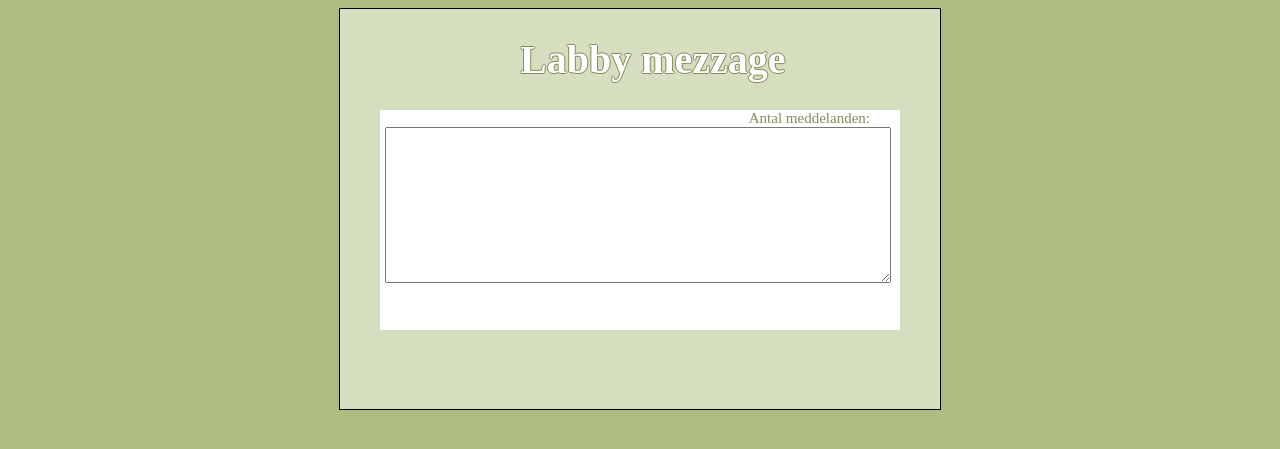
Repository: JuliaSivartsson/1dv403-jsigc09-laborationer
Page: 2-labbymezzage/index.html
The author's editor kept a record of every edit. The page is drawn from the files as they stood at one moment, then again after the next edit.
The browser window is 1280 px wide. The pictures show the whole page.

Above is the page before.
Console error: TypeError: Cannot read properties of undefined (reading 'getText')

### 2-labbymezzage/index.html
<!DOCTYPE html>
<html lang="sv">
<head>
	<meta charset="UTF-8" />
    <link rel="stylesheet" type="text/css" href="css/style.css">
 	<title>Labby message</title>
 	<style>
 		.error {
 			background-color: #F7A1A1;
 		}
 	</style>
</head>
    <body>
        <div id="content">
            <h1>Labby mezzage</h1>

            <div id="text">
                <p class="right">Antal meddelanden:</p>
                <textarea></textarea>
            </div>
            <div id="messages">


            </div>
        </div>

    	  <script src="js/MessageBoard.js"></script>
    	  <script src="js/Message.js"></script>

    </body>
</html>

### 2-labbymezzage/css/style.css
body{
    background-color: #AEBC80;
       font-family: serif;
       color: #8A8A5C;
}

h1{
   color: #fff;
   margin-left: 180px;
   font-size: 40px;
    text-shadow: -1px 0 #8A8A5C, 0 1px #8A8A5C, 1px 0 #8A8A5C, 0 -1px #8A8A5C;
}

#content{
    width: 600px;
    height: 400px;
    margin: 0 auto;
    border: 1px solid #000;
    background-color: #D6DEC0;

}

#text{
    width: 520px;
    height: 220px;
    background-color: #fff;
    margin: 10px 20px 0 40px;
}

#text p{
    font-size: 15px;
    margin: 0 30px;
}

textarea{
    margin: 0 5px 5px;
    width: 500px;
    height: 150px;
}

footer{
    width: 500px;
    height: 30px;
    margin: 0 auto;
}

footer p{
    font-size: 12px;
    font-style: italic;
    text-align: center;
}

.right{
    float: right;
    margin-right: 10px;
}

### 2-labbymezzage/js/MessageBoard.js
"use strict";

var MessageBoard = {

    messages: ["kiwi"],

        init: function(){

        var mess = new Message("Testmeddelande", new Date());
        //alert(mess);
        //alert(mess.getText());
        mess.setText("En annan text");
        //alert(mess);

        //var mess1 = new Message();
        alert(messages[0].getText() + "hej");
    },

};


window.onload = MessageBoard.init;

### 2-labbymezzage/js/Message.js
function Message(message, date){

    this.getText = function(){
        return message;
    }

    this.setText = function(_text){
        message = _text;
    }

    this.getDate = function(){
        return date;
    }

    this.setDate = function(_date){
        date = _date;
    }

}

Message.prototype.toString = function(){
    return this.getText() + " ("+this.getDate()+")";
}

Message.prototype.getHTMLText = function(){

}

Message.prototype.getDateText = function(){

}

After the next edit:
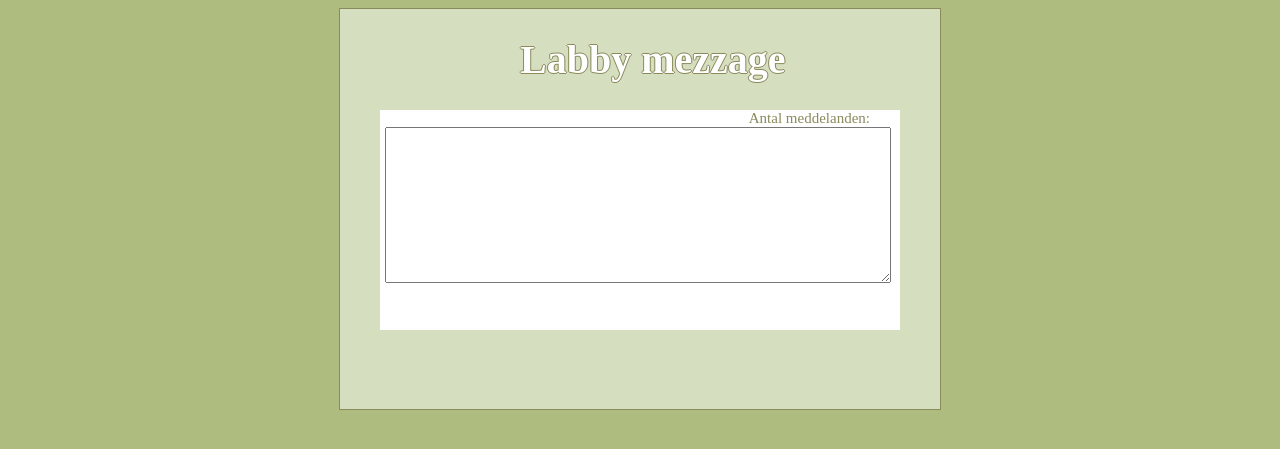
The edit:
--- a/2-labbymezzage/css/style.css
+++ b/2-labbymezzage/css/style.css
@@ -15,7 +15,7 @@
     width: 600px;
     height: 400px;
     margin: 0 auto;
-    border: 1px solid #000;
+    border: 1px solid #8A8A5C;
     background-color: #D6DEC0;
 
 }
